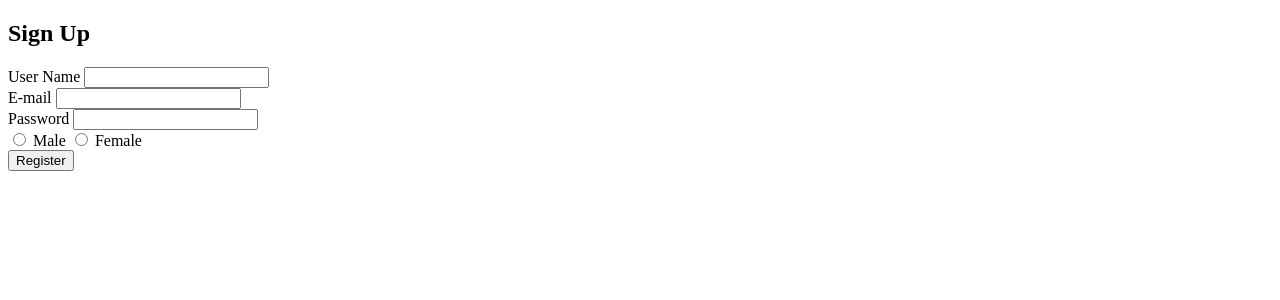
Repository: kalpesh3070/backend2
Page: flyaway/src/main/webapp/signup.html
These files come from the project's save history. The page is drawn as it stood at one moment and after the next save; the edit follows.
The browser window is 1280 px wide. The pictures show the whole page.

Above is the page before, as saved 2022-11-13 10:15:43.

After the next save:
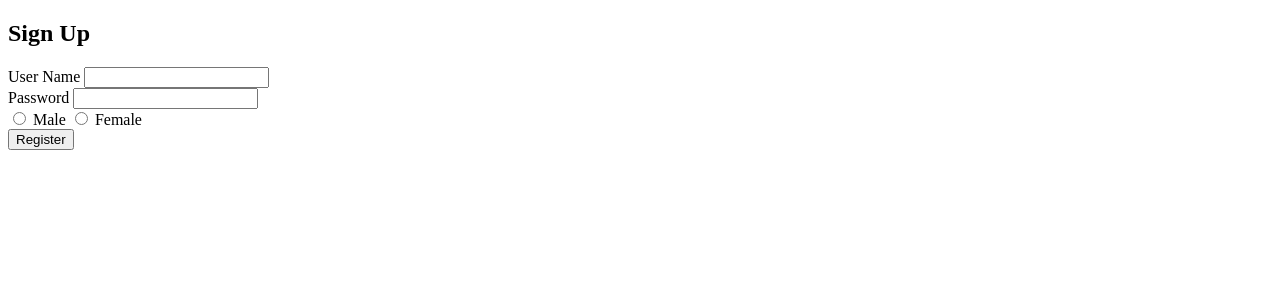
Saved 3 min 1 s later.
--- a/flyaway/src/main/webapp/signup.html
+++ b/flyaway/src/main/webapp/signup.html
@@ -21,13 +21,7 @@
 
 </div>
 
-<div class="input">
 
-<lable class="textlable" for="email">E-mail</lable>
-
-<input id="email" type="email" name="email">
-
-</div>
 
 <div class="input">
 
